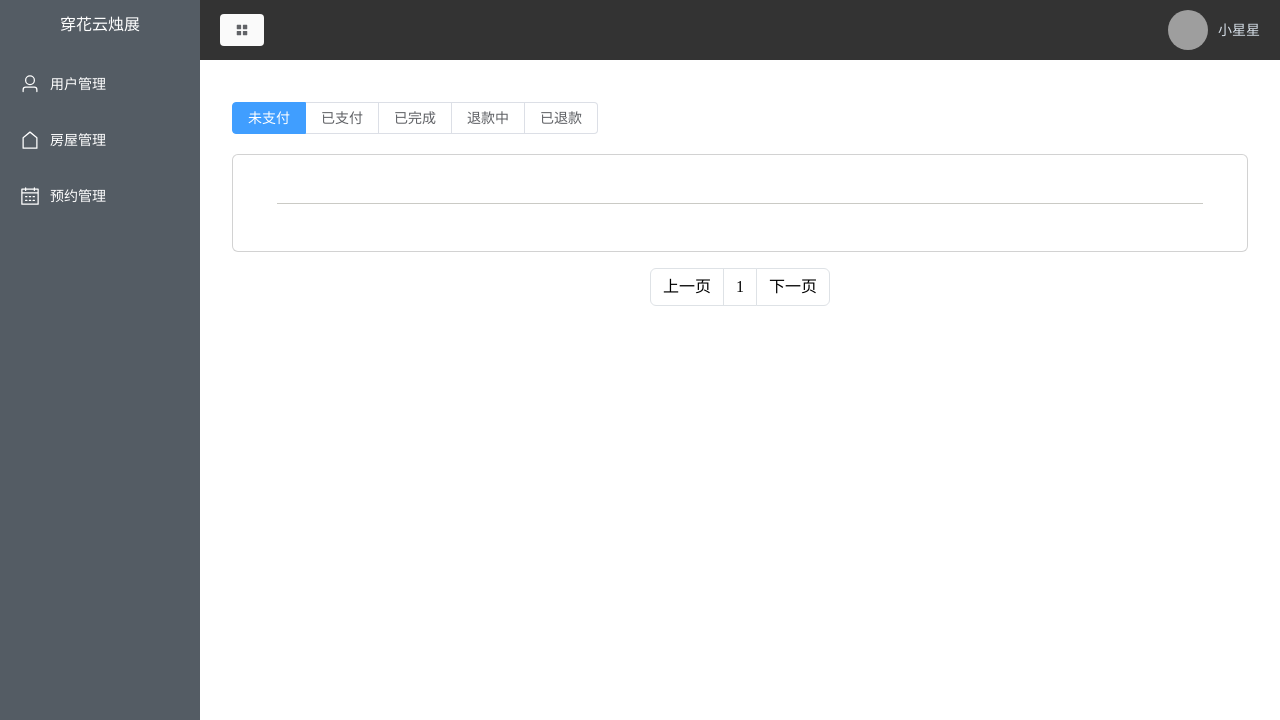
Repository: 3403784285-lucky/test-vue-big
Page: /manage/preview
The author's editor kept a copy of each file at every save. The page is drawn from the files as they stood at one save, then again after a run of saves.
The browser window is 1280 px wide. The pictures show the whole page.
Pictures or frames that could not be fetched are drawn as grey boxes. The page's requests for data from a server got no answer. The project was rebuilt for these pictures with package versions that can differ from the ones it lists, and the page was loaded fresh each time. No one was signed in, and anything a server would have sent is missing. Also part of the build but not shown: vite.config.js, src/components/HelloWorld.vue, src/components/WelcomeItem.vue, src/components/icons/IconDocumentation.vue, src/components/icons/IconTooling.vue, src/components/icons/IconEcosystem.vue, src/components/icons/IconCommunity.vue, src/components/icons/IconSupport.vue and 2 more. Imported but missing from the stored project, and not drawn on this page: src/views/user/UserPassword.vue.

Above is the page before, as saved 2024-06-20 18:25:54.

After the next 2 saves:
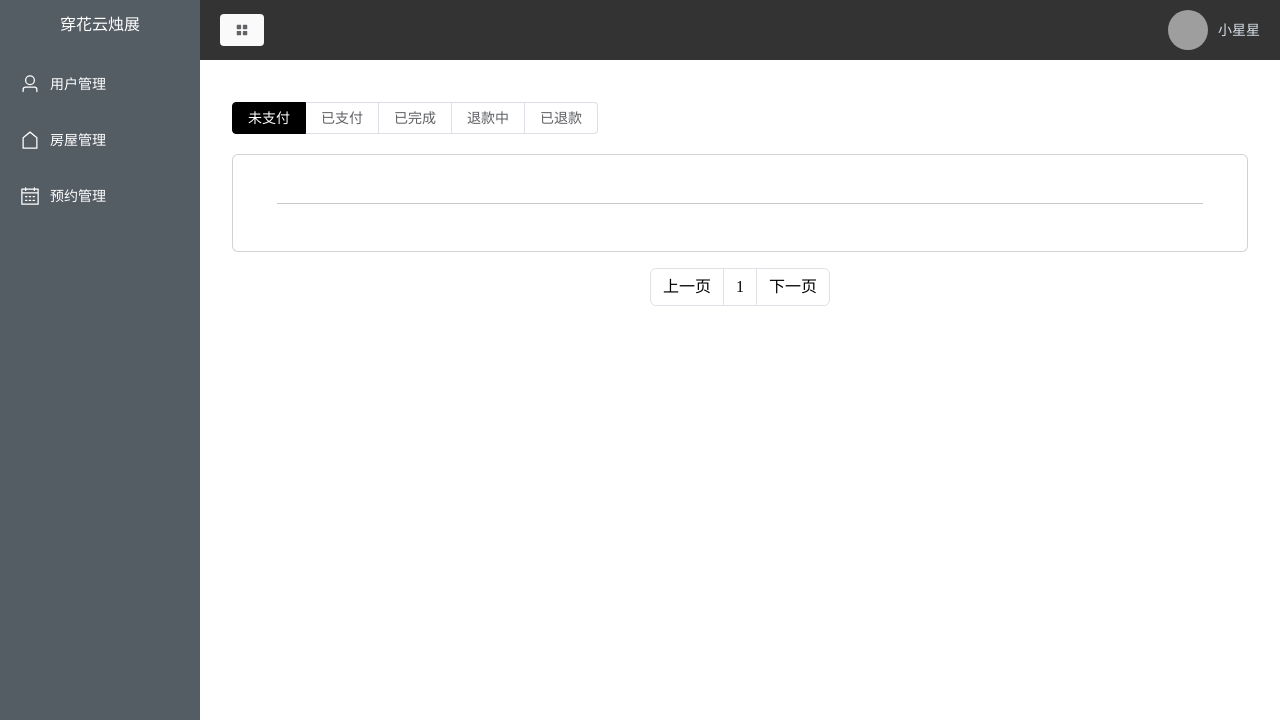
The 2 saves are shown as one change because they came seconds apart.
The last was saved 67 s later.
--- a/src/views/back/PreviewManage.vue
+++ b/src/views/back/PreviewManage.vue
@@ -1,7 +1,7 @@
 <template>
   <div class="container">
     <div style="margin-top: 20px;margin-bottom: 20px;">
-    <el-radio-group v-model="radio2" fill="">
+    <el-radio-group v-model="radio2" fill="black">
       <el-radio-button label="未支付" value="New York" />
       <el-radio-button label="已支付" value="Washington" />
       <el-radio-button label="已完成" value="Los Angeles" />
